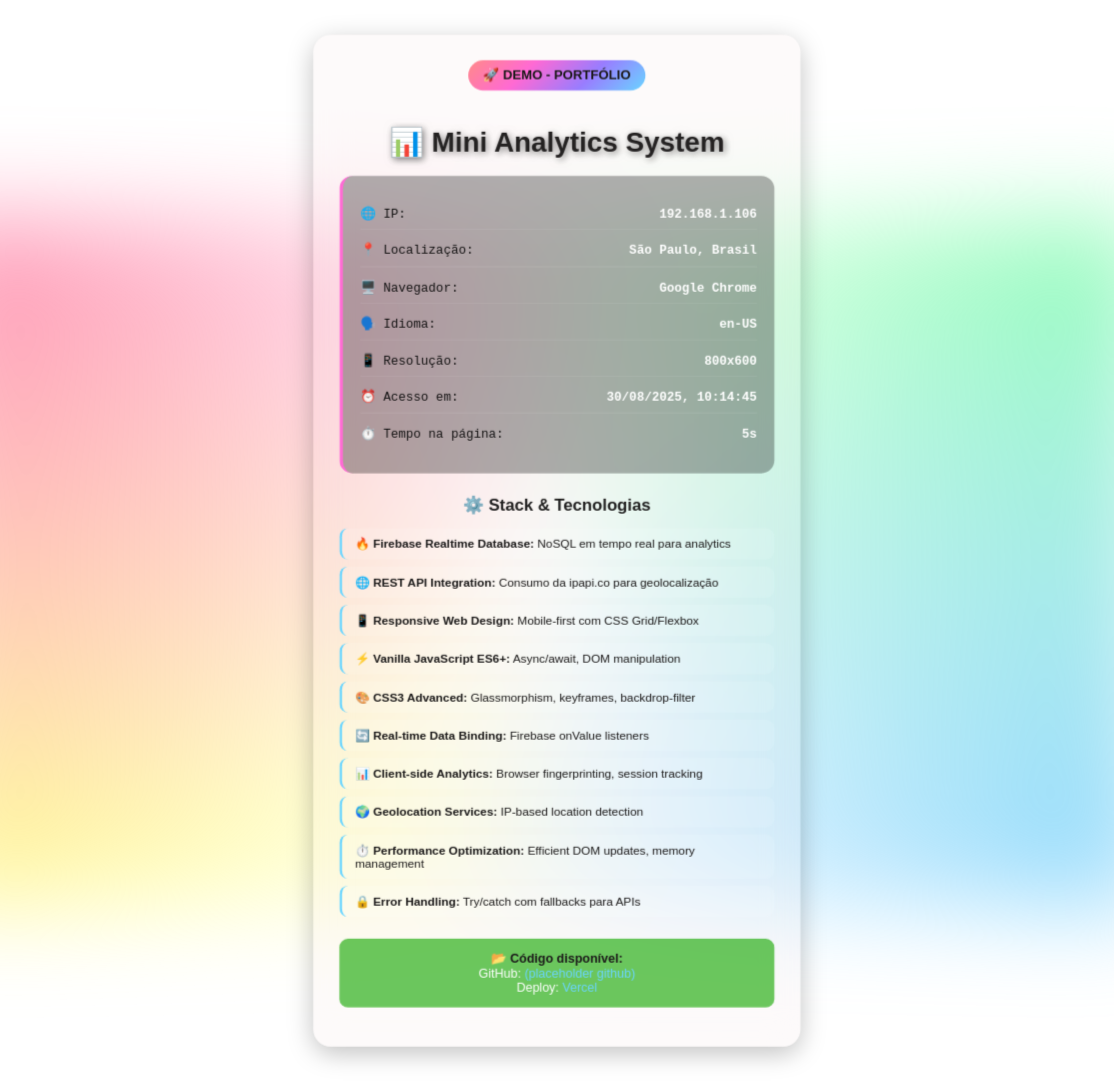
Repository: nardogod/mini-analytics
Page: mini.html
An editor plug-in stored every save of this project. The page is shown before and after the next save, followed by the edit.
The browser window is 1280 px wide. The pictures show the whole page, at 87% of full size.

Above is the page before, as saved 2025-08-30 10:50:05.

After the next save:
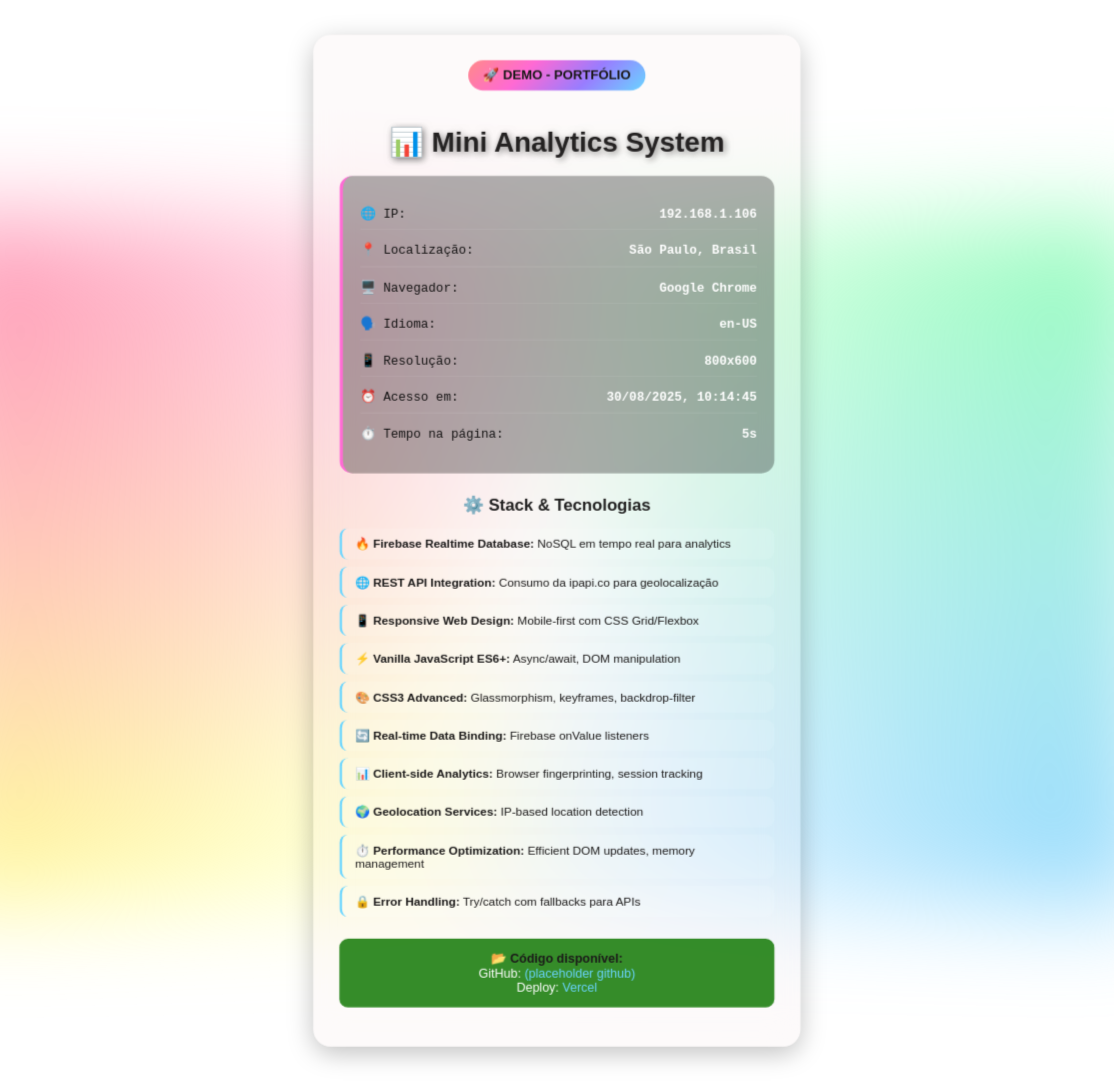
Saved 2 min 50 s later.
--- a/mini.html
+++ b/mini.html
@@ -275,7 +275,7 @@
         <div style="margin-top: 25px; text-align: center; font-size: 0.9rem">
           <div
             style="
-              background: rgba(34, 173, 15, 0.664);
+              background: rgba(21, 122, 7, 0.863);
               padding: 15px;
               border-radius: 10px;
               margin: 15px 0;

After the save that followed:
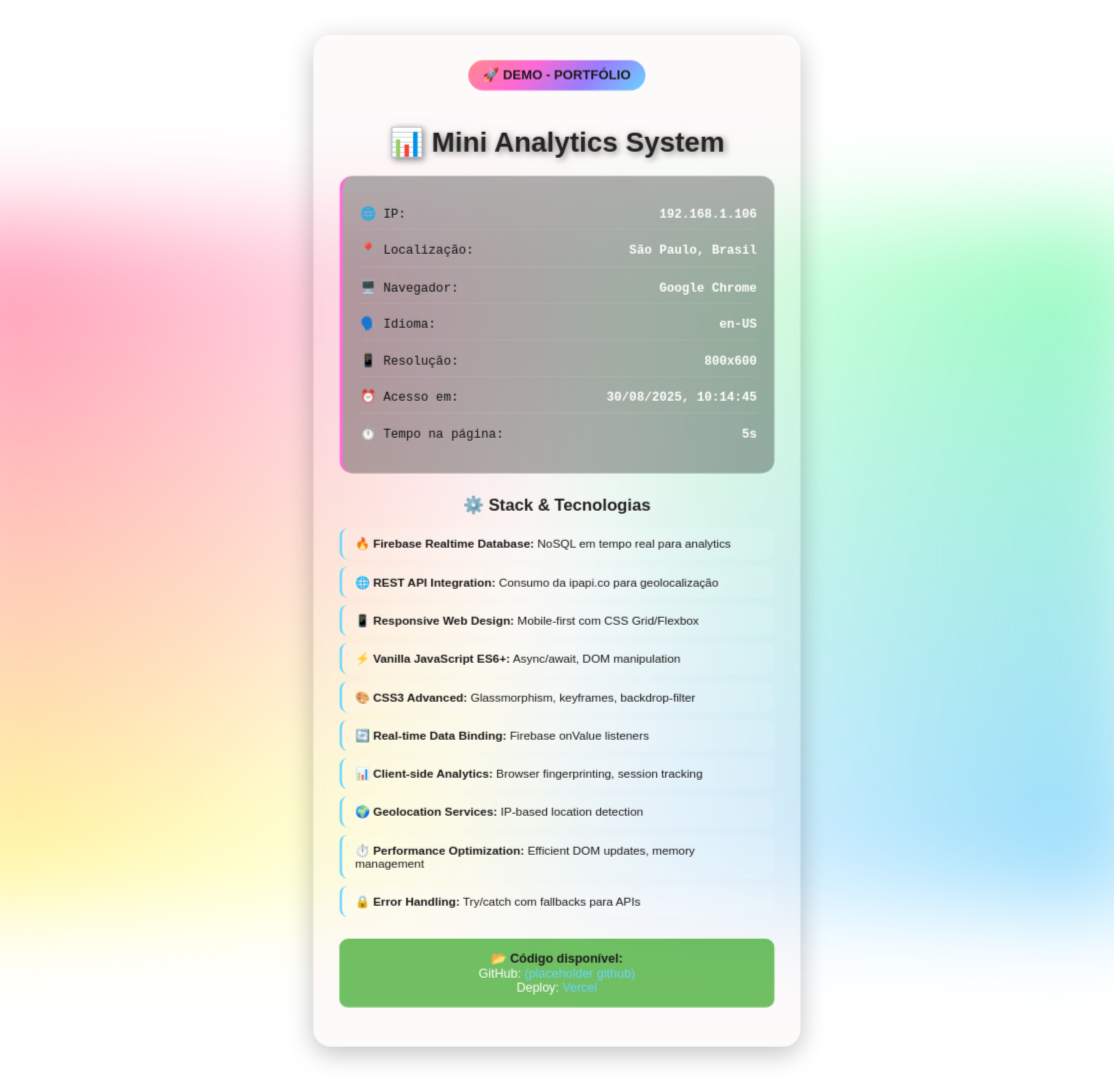
Saved 12 s later.
--- a/mini.html
+++ b/mini.html
@@ -275,7 +275,7 @@
         <div style="margin-top: 25px; text-align: center; font-size: 0.9rem">
           <div
             style="
-              background: rgba(21, 122, 7, 0.863);
+              background: rgba(26, 156, 8, 0.623);
               padding: 15px;
               border-radius: 10px;
               margin: 15px 0;
